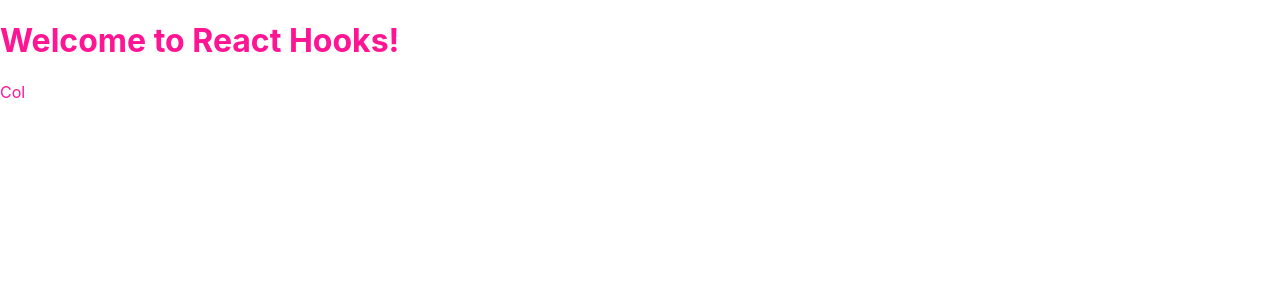
Repository: TranNgocPhuongNhi/react-hooks-basic
Page: /
The author's editor kept a copy of each file at every save. The page is drawn from the files as they stood at one save, then again after a run of saves.
The browser window is 1280 px wide. The pictures show the whole page.
The project was rebuilt for these pictures with package versions that can differ from the ones it lists, and the page was loaded fresh each time.

Above is the page before, as saved 2021-09-06 11:11:35.

After the next 2 saves:
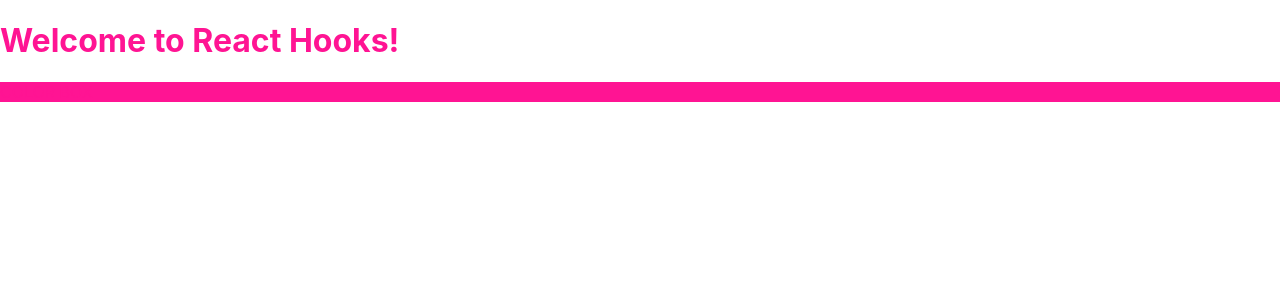
The 2 saves are shown as one change because 1 did not build or start.
The last was saved 12 s later.
--- a/src/App.js
+++ b/src/App.js
@@ -1,12 +1,13 @@
 import React from 'react';
 import './App.scss';
+import ColorBox from './ColorBox';
 
 function App() {
   return (
     <div className="app">
       <h1>Welcome to React Hooks!</h1>
 
-      Col
+      <ColorBox></ColorBox>
     </div>
   );
 }
